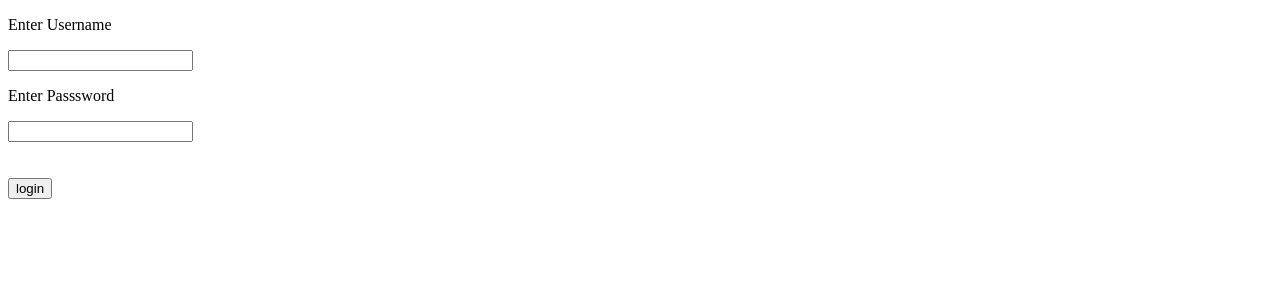
Repository: Annam-Pardha-Saradhi/Servlet-Projects
Page: http://localhost/project-2-login-jsp-servlets-jdbc-example/
The author's editor kept a copy of each file at every save. The page is drawn from the files as they stood at one save, then again after the next save.
The browser window is 1280 px wide. The pictures show the whole page.
The page is served by Tomcat 10.

Above is the page before, as saved 2024-09-06 10:52:04.

After the next save:
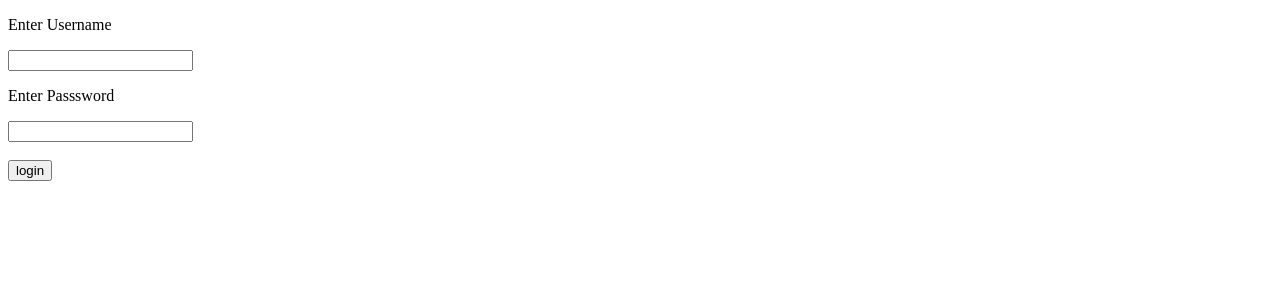
Saved 10 s later.
--- a/servlet_projects/project-2-login-jsp-servlets-jdbc-example/src/main/webapp/index.jsp
+++ b/servlet_projects/project-2-login-jsp-servlets-jdbc-example/src/main/webapp/index.jsp
@@ -11,7 +11,7 @@
 <p>Enter Username</p>
 <input type="text" name="uname"/>
 <p>Enter Passsword</p>
-<input type="password" name="pwd"/><br><br><br>
+<input type="password" name="pwd"/><br><br>
 <input type="submit" value="login"/>
 </form>
 </body>
